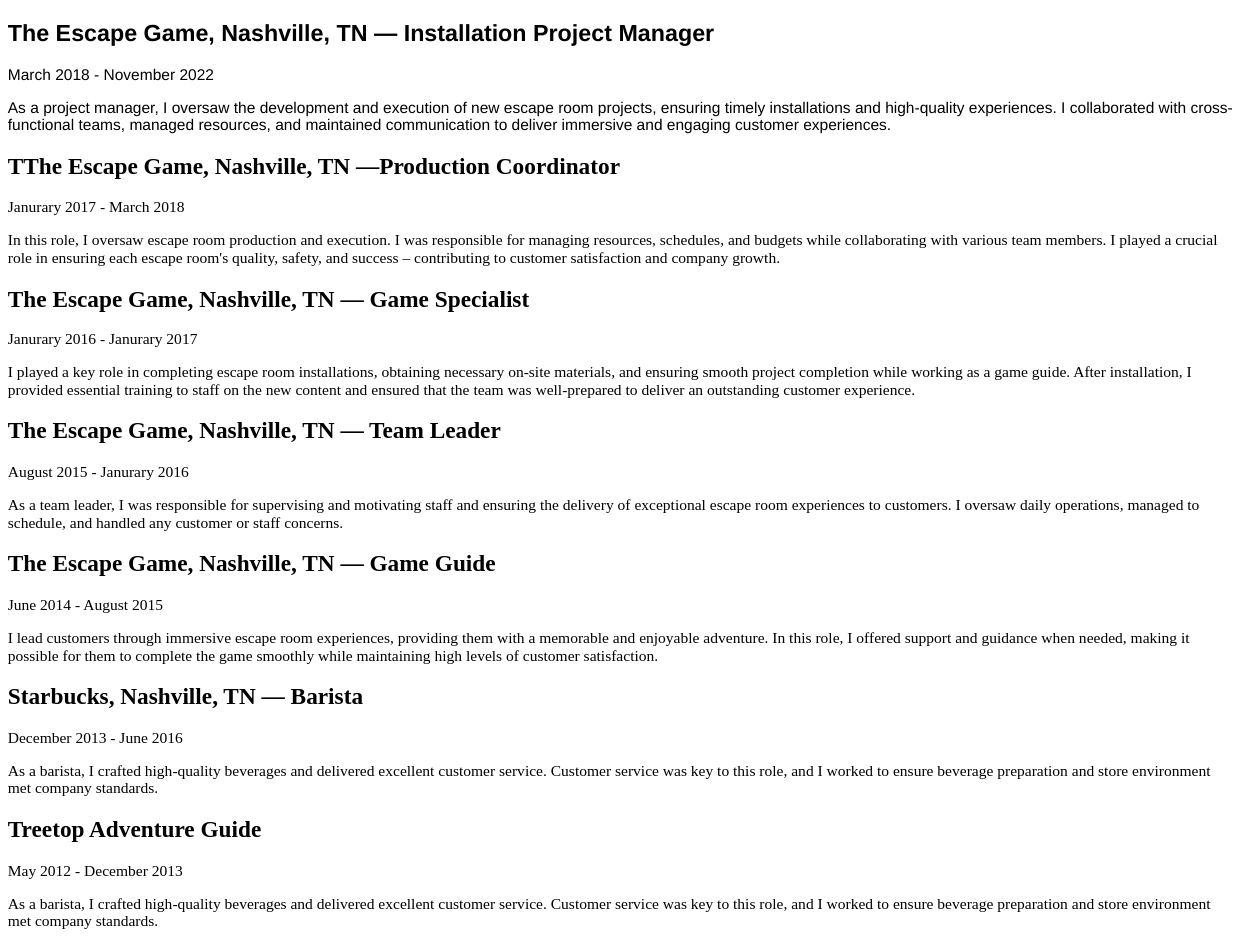
Repository: jgramirez0210/LAB-HTML-Resume
Page: index.html
An editor plug-in stored every save of this project. The page is shown before and after a run of saves, followed by the edit.
The browser window is 1280 px wide. The pictures show the whole page, at 97% of full size.

Above is the page before, as saved 2023-10-10 15:12:28.

### index.html
<!DOCTYPE html>
<html lang="en">
<head>
  <meta charset="UTF-8">
  <meta name="viewport" content="width=device-width, initial-scale=1.0">
  <title>Jesse's Work Experience</title>
  <link rel="stylesheet" href="main.css">
</head>
<body>
  <article id="job7">
    <h2>The Escape Game, Nashville, TN — Installation Project Manager </h2>
    <time datetime="2018-03" >March 2018</time> - <time datetime="2022-10" >November 2022</time></time>
    <p>As a project manager, I oversaw the development and execution of new escape room projects, ensuring timely installations and high-quality experiences. I collaborated with cross-functional teams, managed resources, and maintained communication to deliver immersive and engaging customer experiences.</p>
  </article>
  <article id="job6">
    <h2>TThe Escape Game, Nashville, TN —Production Coordinator</h2>
    <time datetime="2017-01" >Janurary 2017</time> - <time datetime="2018-3" >March 2018</time></time>
    <p>In this role, I oversaw escape room production and execution. I was responsible for managing resources, schedules, and budgets while collaborating with various team members. I played a crucial role in ensuring each escape room's quality, safety, and success – contributing to customer satisfaction and company growth.
    </p>
  </article>
  <article id="job5">
    <h2>The Escape Game, Nashville, TN — Game Specialist</h2>
    <time datetime="2016-01" >Janurary 2016</time> - <time datetime="2017-01" >Janurary 2017</time></time>
    <p>I played a key role in completing escape room installations, obtaining necessary on-site materials, and ensuring smooth project completion while working as a game guide. After installation, I provided essential training to staff on the new content and ensured that the team was well-prepared to deliver an outstanding customer experience.
    </p>
  </article>
  <article id="job4">
    <h2>The Escape Game, Nashville, TN — Team Leader</h2>
    <time datetime="2015-0" >August 2015</time> - <time datetime="2016-01" >Janurary 2016</time></time>
    <p>As a team leader, I was responsible for supervising and motivating staff and ensuring the delivery of exceptional escape room experiences to customers. I oversaw daily operations, managed to schedule, and handled any customer or staff concerns.
    </p>
  </article>
  <article id="job3">
    <h2>The Escape Game, Nashville, TN — Game Guide</h2>
    <time datetime="2014-06" >June 2014</time> - <time datetime="2015-08" >August 2015</time></time>
    <p>I lead customers through immersive escape room experiences, providing them with a memorable and enjoyable adventure. In this role, I offered support and guidance when needed, making it possible for them to complete the game smoothly while maintaining high levels of customer satisfaction.
    </p>
  </article>
  <article id="job2">
    <h2>Starbucks, Nashville, TN — Barista</h2>
    <time datetime="2013-12" >December 2013</time> - <time datetime="2014-06" >June 2016</time></time>
    <p>As a barista, I crafted high-quality beverages and delivered excellent customer service. Customer service was key to this role, and I worked to ensure beverage preparation and store environment met company standards.
    </p>
  </article>
  <article id="job1">
    <h2>Treetop Adventure Guide</h2>
    <time datetime="2012-05" >May 2012</time> - <time datetime="2013-12" >December 2013</time></time>
    <p>As a barista, I crafted high-quality beverages and delivered excellent customer service. Customer service was key to this role, and I worked to ensure beverage preparation and store environment met company standards.
    </p>
  </article>
  <script src="main.js"></script>
</body>
</html>

### main.css
#job7 {
  font-family:'Franklin Gothic Medium', 'Arial Narrow', Arial, sans-serif;
}
h2 {
  color: #--1;
}

Loaded but not shown: main.js (no stored copy; drawn as an empty file)

After the next 3 saves:
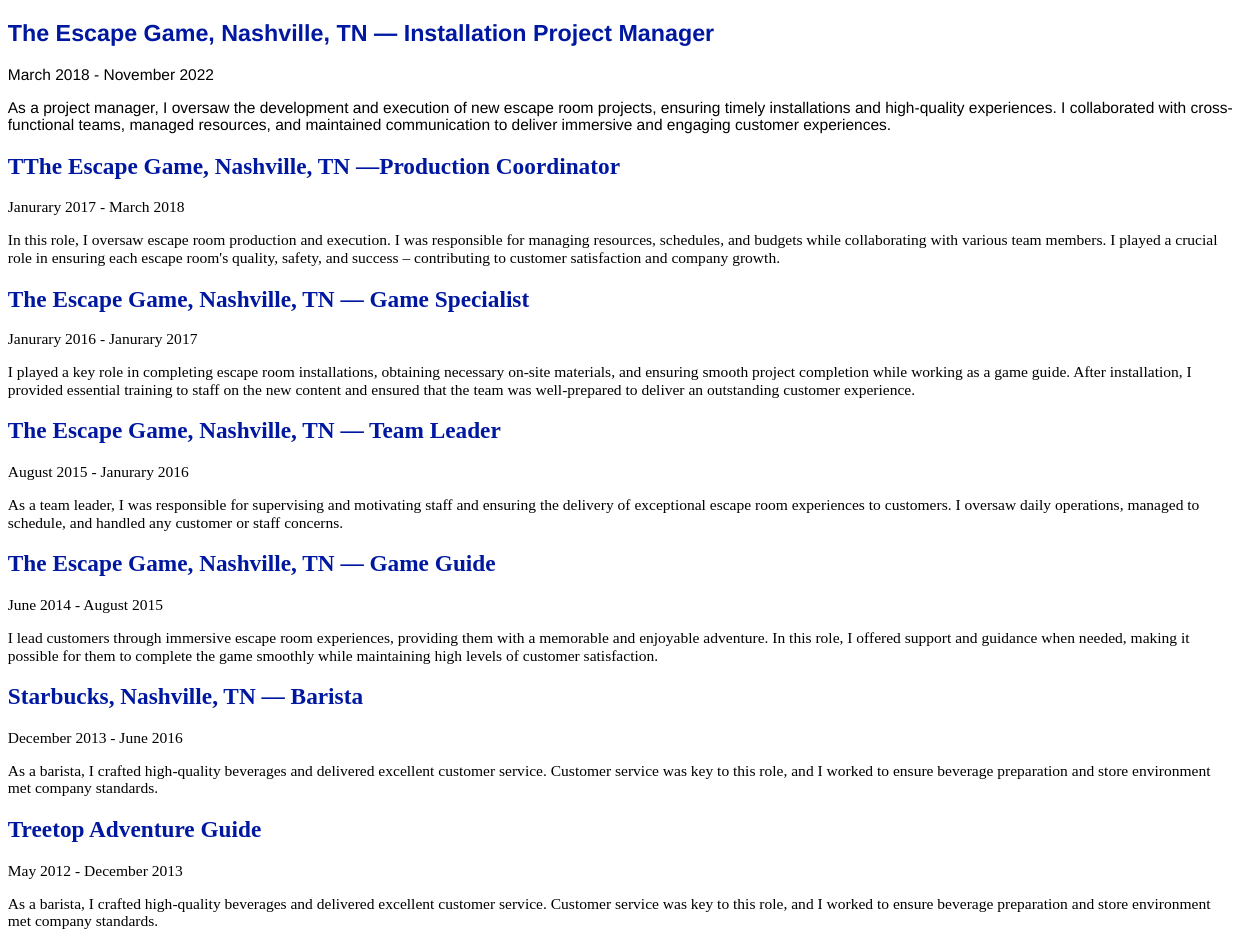
The 3 saves are shown as one change because they came seconds apart.
The last was saved 10 s later.
--- a/main.css
+++ b/main.css
@@ -2,5 +2,5 @@
   font-family:'Franklin Gothic Medium', 'Arial Narrow', Arial, sans-serif;
 }
 h2 {
-  color: #--1;
+  color: #0018a0;
 }

After the 2 saves that followed:
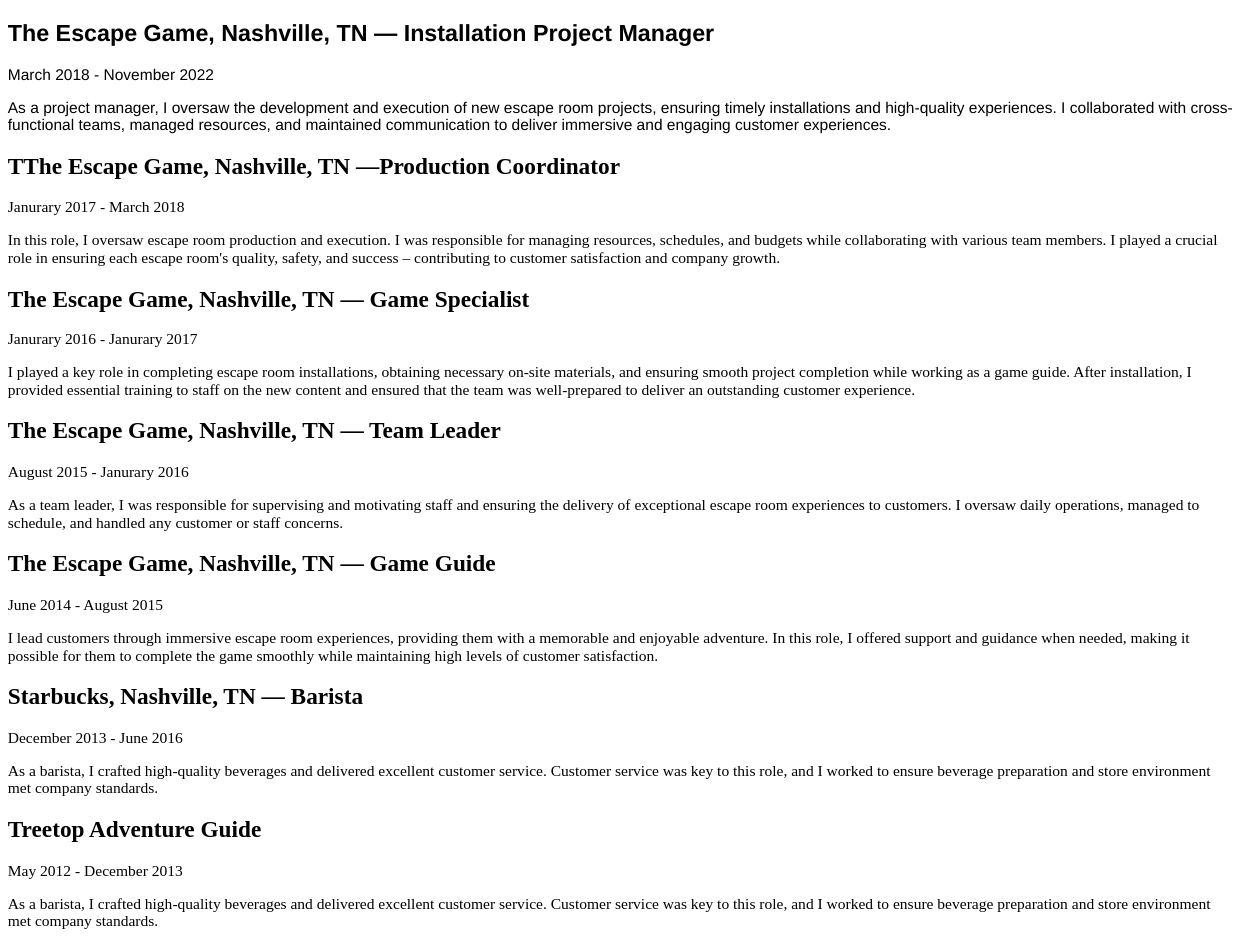
The 2 saves are shown as one change because they came seconds apart.
The last was saved 16 s later.
--- a/main.css
+++ b/main.css
@@ -1,6 +1,7 @@
 #job7 {
   font-family:'Franklin Gothic Medium', 'Arial Narrow', Arial, sans-serif;
 }
+#
 h2 {
   color: #0018a0;
 }
